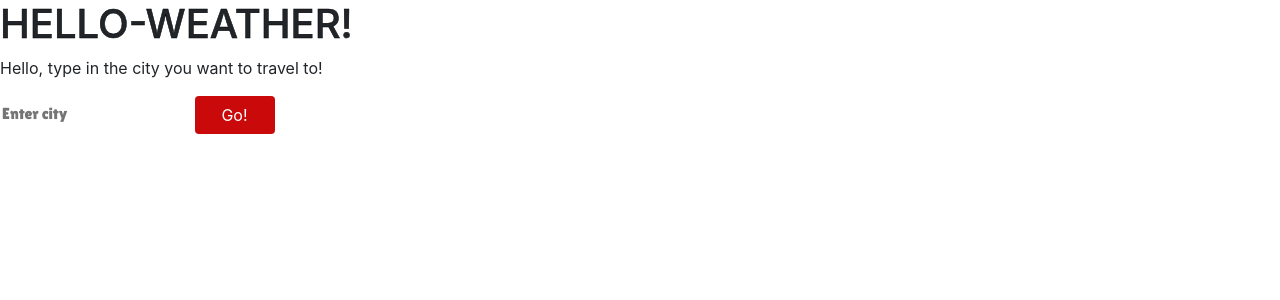
Repository: Jazinha/Hello-kitty-weather
Page: index.html
The author's editor kept a copy of each file at every save. The page is drawn from the files as they stood at one save, then again after the next save.
The browser window is 1280 px wide. The pictures show the whole page.
Some web libraries are served in a nearby version.

Above is the page before, as saved 2023-02-05 23:15:58.

After the next save:
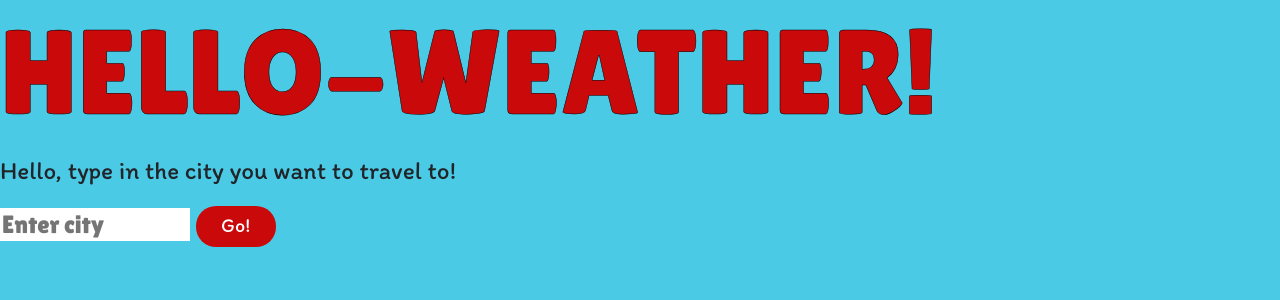
Saved 36 s later.
--- a/index.html
+++ b/index.html
@@ -4,13 +4,13 @@
 <head>
     <title>Hello-Weather!</title>
     <meta charset="utf-8">
-    <link rel="stylesheet" href="style.css">
+
     <link rel="preconnect" href="https://fonts.googleapis.com">
     <link rel="preconnect" href="https://fonts.gstatic.com" crossorigin>
     <link href="https://fonts.googleapis.com/css2?family=Itim&family=Lilita+One&display=swap" rel="stylesheet">
     <link rel="stylesheet" href="https://cdn.jsdelivr.net/npm/bootstrap@4.0.0/dist/css/bootstrap.min.css"
         integrity="sha384-Gn5384xqQ1aoWXA+058RXPxPg6fy4IWvTNh0E263XmFcJlSAwiGgFAW/dAiS6JXm" crossorigin="anonymous">
-
+    <link rel="stylesheet" href="style.css">
 </head>
 
 <body>
